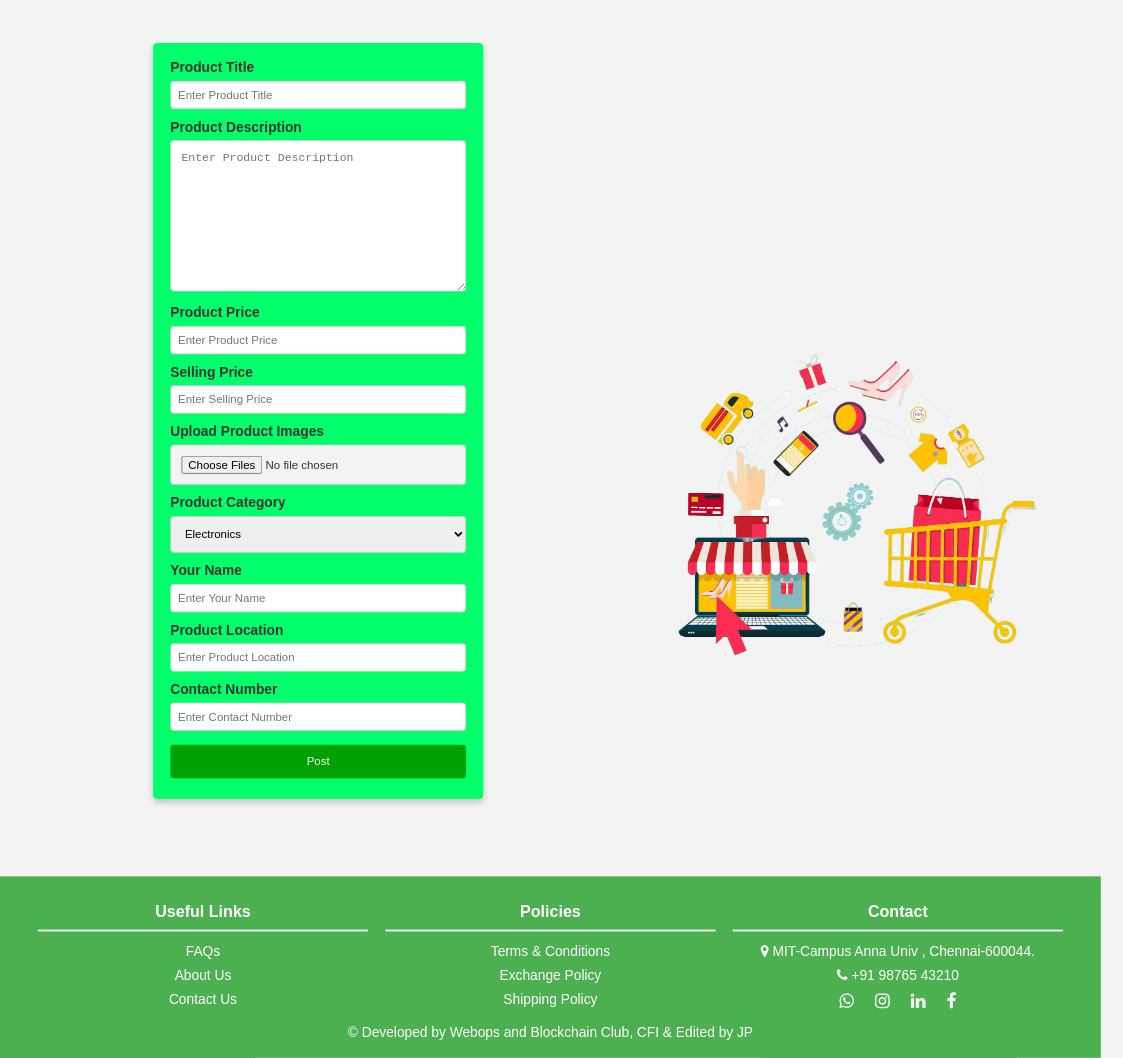
Repository: John-Prabu-A/web-dev-summer-school
Page: Session_1_Assignment/sell.html
An editor plug-in stored every save of this project. The page is shown before and after the next save, followed by the edit.
The browser window is 1280 px wide. The page is 1306 px wide, then 1280 px, then 1306 px, so the pictures cover 1306 px, including what lies to the right of the window. The pictures show the whole page, at 86% of full size.

Above is the page before, as saved 2024-06-20 15:34:24.

### Session_1_Assignment/sell.html
<!DOCTYPE html>
<html lang="en">

<head>
    <meta charset="UTF-8">
    <meta name="viewport" content="width=device-width, initial-scale=1.0">
    <title>InstiOLX</title>
    <link rel="stylesheet" href="Styles.css">
    <link rel="stylesheet" href="https://cdnjs.cloudflare.com/ajax/libs/font-awesome/4.7.0/css/font-awesome.min.css">

    <style>
        body {
            font-family: Arial, Helvetica, sans-serif;
            background-color: #f3f3f3;
        }

        img {
            display:inline-block;
            position: relative;
            padding: 16px;
            left: 10dvw;
            margin: 50px;
            width: 50dvw;
            height: auto;
        }

        .container {
            display:inline-block;
            position: relative;
            padding: 16px;
            background-color: white;
            left: 10dvw;
            margin: 50px;
            width: 30%;
            border-radius: 10px;
            box-shadow: 0 4px 8px 0 rgba(0, 0, 0, 0.2);
        }

        input[type=text],
        select,
        textarea {
            width: 100%;
            padding: 8px;
            border: 1px solid #ccc;
            border-radius: 4px;
            box-sizing: border-box;
            margin-top: 6px;
            margin-bottom: 12px;
            resize: vertical;
        }

        button {
            background-color: #00a105;
            color: white;
            padding: 12px 20px;
            margin: 4px 0;
            border: none;
            border-radius: 4px;
            cursor: pointer;
            width: 100%;
        }

        button:hover {
            background-color: #007506;
        }

        .container {
            border-radius: 5px;
            background-color: #00ff6a;
            padding: 20px;
        }

        .container label {
            font-weight: bold;
        }

        .container select {
            width: 100%;
            padding: 12px;
            border: 1px solid #ccc;
            border-radius: 4px;
            box-sizing: border-box;
            margin-top: 6px;
            margin-bottom: 12px;
            resize: vertical;
        }

        .container textarea {
            width: 100%;
            padding: 12px;
            border: 1px solid #ccc;
            border-radius: 4px;
            box-sizing: border-box;
            margin-top: 6px;
            margin-bottom: 12px;
            resize: vertical;
        }

        .container input[type=file] {
            width: 100%;
            padding: 12px;
            border: 1px solid #ccc;
            background-color: #f3f3f3;
            border-radius: 4px;
            box-sizing: border-box;
            margin-top: 6px;
            margin-bottom: 12px;
            resize: vertical;
        }
    </style>
</head>

<body>
    <form action="" class="container" method="post">
        <label for="product-title"><b>Product Title</b></label>
        <input type="text" placeholder="Enter Product Title" name="product-title" required>

        <Lable for="product-description"><b>Product Description</b></Lable>
        <textarea name="product-description" id="product-description" cols="30" rows="10"
            placeholder="Enter Product Description" required></textarea>

        <label for="product-price"><b>Product Price</b></label>
        <input type="text" placeholder="Enter Product Price" name="product-price" required>

        <label for="selling-price"><b>Selling Price</b></label>
        <input type="text" placeholder="Enter Selling Price" name="selling-price" required>

        <!-- multiple photo upload -->
        <label for="product-image"><b>Upload Product Images</b></label>
        <input type="file" name="product-image" id="product-image" multiple required>

        <label for="product-category"><b>Product Category</b></label>
        <select name="product-category" id="product-category" required>
            <option value="electronics">Electronics</option>
            <option value="furniture">Furniture</option>
            <option value="vehicles">Vehicles</option>
            <option value="clothing">Clothing</option>
            <option value="books">Books</option>
            <option value="miscellaneous">Miscellaneous</option>
            <option value="other">Other</option>
        </select>

        <label for="seller-name"><b>Your Name</b></label>
        <input type="text" placeholder="Enter Your Name" name="seller-name" required>

        <label for="product-location"><b>Product Location</b></label>
        <input type="text" placeholder="Enter Product Location" name="product-location" required>

        <label for="product-contact"><b>Contact Number</b></label>
        <input type="text" placeholder="Enter Contact Number" name="product-contact" required>

        <button type="submit">Post</button>
    </form>
    <img src="/Session_1_Assignment/sell-page-bg.png" alt="sell-page-image">
    <footer class="footer">
        <div class="footer-container">
            <div class="footer-column">
                <h3>Useful Links</h3>
                <ul>
                    <li><a href="#">FAQs</a></li>
                    <li><a href="#">About Us</a></li>
                    <li><a href="#">Contact Us</a></li>
                </ul>
            </div>
            <div class="footer-column">
                <h3>Policies</h3>
                <ul>
                    <li><a href="#">Terms & Conditions</a></li>
                    <li><a href="#">Exchange Policy</a></li>
                    <li><a href="#">Shipping Policy</a></li>
                </ul>
            </div>
            <div class="footer-column">
                <h3>Contact</h3>
                <p><i class="fa fa-map-marker"></i> MIT-Campus Anna Univ , Chennai-600044.</p>
                <p><i class="fa fa-phone"></i> +91 98765 43210</p>
                <div class="social-icons">
                    <a href="#" class="fa fa-whatsapp"></a>
                    <a href="#" class="fa fa-instagram"></a>
                    <a href="#" class="fa fa-linkedin"></a>
                    <a href="#" class="fa fa-facebook"></a>
                </div>
            </div>
            © Developed by Webops and Blockchain Club, CFI & Edited by JP
        </div>
    </footer>
</body>

</html>

### Session_1_Assignment/Styles.css
* {
    box-sizing: border-box;
    margin: 0;
    padding: 0;
}

body {
    font-family: 'Gill Sans', 'Gill Sans MT', Calibri, 'Trebuchet MS', sans-serif;
    background-color: white;
    color: #333;
}

header{
    background-color: #4CAF50;
    color: white;
    padding: 20px;
    display: flex;
    justify-content: space-between;
    align-items: center;
    position: fixed;
    width: 100%;
    z-index: 100;
  }
  header #logo {
    font-size: 2em;
  }

  header .navbar a{
    color: white;
    font-weight: bold;
    font-size: 18px;
    padding: 12px 15px;
    text-decoration: none;
  }
  header .navbar a:hover{
    background-color: #45a049;
  }
.banner {
    position: relative;
    padding: 60px 0 0 0;
}

.banner img {
    width: 100%;
}

.search-bar {
    margin: 20px;
    display: flex;
    justify-content: center;
}

.search-bar input[type="text"] {
    width: 300px;
    padding: 10px;
    border: 2px solid #4CAF50;
    border-radius: 5px 0 0 5px;
    border-right: 0;
    outline: none;             /*On starting to type it creates balck border by default,so to avoid it v use this*/
}

.search-bar button {
    padding: 10px 20px;
    border: 2px solid #4CAF50;
    border-left: 0;
    background-color: #4CAF50;
    color: white;
    cursor: pointer;
    border-radius: 0 5px 5px 0;
}

.search-bar button:hover {
    background-color: #45a049;
}

.slideshow-container {
    display: flex;
    justify-content: center;
    gap: 50px;
    flex-wrap: wrap;
}

.slideshow {
    position: relative;
    width: 350px;
    height: 350px;
    overflow: hidden;
    border-radius: 20px;
    border: 2px solid #ddd;
    box-shadow: 0 0 10px rgba(0, 0, 0, 0.1);
}

.slideshow-image {
    position: absolute;
    width: 100%;
    height: 100%;
    background-size: cover;
    opacity: 0;
    animation-iteration-count: infinite;
}

.image1 { background-image: url('https://encrypted-tbn0.gstatic.com/images?q=tbn:ANd9GcQVwGVsuaL7RGKo6A_Sqq83s5_6XYFMhHsjug&s');
          animation-name: fade1;
          animation-duration: 4s; }
.image2 { background-image: url('https://5.imimg.com/data5/WS/NI/FV/SELLER-11710265/mad-maxx-bicycles-avengers-single-kids-cycle-500x500.jpg');
          animation-name: fade2;
          animation-duration: 4s; }
.image3 { background-image: url('https://5.imimg.com/data5/SELLER/Default/2022/7/YX/MH/UK/153492086/pulsar-150cc-twin-disk-500x500.png');
          animation-name: fade3;
          animation-duration: 4s; }
.image4 { background-image: url('https://cpimg.tistatic.com/07673503/b/4/Toyota-Innova-Crysta.jpg');
          animation-name: fade1;
          animation-duration: 4s; }
.image5 { background-image: url('https://tiimg.tistatic.com/fp/1/007/862/most-advanced-modern-premium-lg-7-kg-front-fully-automatic-washing-machine-255.jpg');
          animation-name: fade2;
          animation-duration: 4s; }
.image6 { background-image: url('https://5.imimg.com/data5/SELLER/Default/2022/3/MI/KE/UL/19250422/whirlpool-1-0-ton-3-star-inverter-split-ac-500x500.jpg');
          animation-name: fade3;
          animation-duration: 4s; }
.image7 { background-image: url('https://5.imimg.com/data5/SELLER/Default/2021/8/HZ/XR/AC/8962391/household-vacuum-cleaner-500x500.jpg');
          animation-name: fade1;
          animation-duration: 4s; }
.image8 { background-image: url('https://static.nbastore.in/resized/500X500/50/nba-authentic-series-indoor-outdoor-basketball-size-7-brown-65146fd7e6af2.jpg');
          animation-name: fade2;
          animation-duration: 4s; }
.image9 { background-image: url('https://m.media-amazon.com/images/I/61KOc8c4xQL._SL1200_.jpg');
          animation-name: fade3;
          animation-duration: 4s; }

@keyframes fade1 {
    0%, 33.33% { opacity: 1; }
    33.34%, 100% { opacity: 0; }
}
@keyframes fade2 {
    0%, 33.33% { opacity: 0; }
    33.34%, 66.66% { opacity: 1; }
    66.67%, 100% { opacity: 0; }
}
@keyframes fade3 {
    0%, 66.66% { opacity: 0; }
    66.67%, 100% { opacity: 1; }
}

.container {
    position: relative;
    max-width: 100%;
  }

    .image {
        opacity: 1;
        display: block;
        width: 100%;
        height: auto;
    }

  .middle {
    opacity: 0;
    position: absolute;
    top: 50%;
    left: 50%;
    transform: translate(-50%, -50%);
    text-align: center;
  }
  .text {
    color: #4CAF50;
    font-size: 16px;
    padding: 16px 32px;
    font-weight: bold;
  }
  .container:hover .image {
    opacity: 0.3;
  }

  .container:hover .middle {
    opacity: 1;
  }


.product-listings {
    display: flex;
    flex-wrap: wrap;
    justify-content: center;
    margin: 20px;
    border: 5px solid #4CAF50;
    border-radius: 15px;
    padding: 25px;
}

.product {
    background-color: white;
    border: 2px solid #e0e0e0;
    border-radius: 10px;
    margin: 30px;
    padding: 15px;
    width: 220px;
    text-align: center;
    transition: transform 0.5s, box-shadow 0.3s;
}

.product:hover {
    box-shadow: 0 4px 8px rgba(0, 0, 0, 0.2);
    transform: scale(1.05);
}

.product img {
    max-width: 100%;
    border-bottom: 1px solid #e0e0e0;
    margin-bottom: 10px;
}

.product-info h2 {
    font-size: 1.2em;
    margin-bottom: 10px;
    color: #4CAF50;
}

.product-info p {
    font-size: 1em;
    color: #777;
}

.footer {
    background-color: #4CAF50;
    color: white;
    text-align: center;
    padding: 20px 0;
    margin-top: 40px;
}

.footer-container {
    display: flex;
    flex-wrap: wrap;
    justify-content: center;
}

.footer-column {
    width: 30%;
    margin: 10px;
}

.footer-column h3 {
    border-bottom: 2px solid #fff;
    padding-bottom: 10px;
    margin-bottom: 15px;
}

.footer-column ul {
    list-style-type: none;
}

.footer-column ul li {
    margin: 10px ;
}

.footer-column ul li a {
    color: white;
    text-decoration: none;
}

.footer-column p {
    margin-top: 10px;
}

.footer-column .social-icons {
    margin-top: 10px;
}

.footer-column .social-icons a {
    color: white;
    text-decoration: none;
    margin: 0 10px;
    font-size: 20px;
}

After the next save:
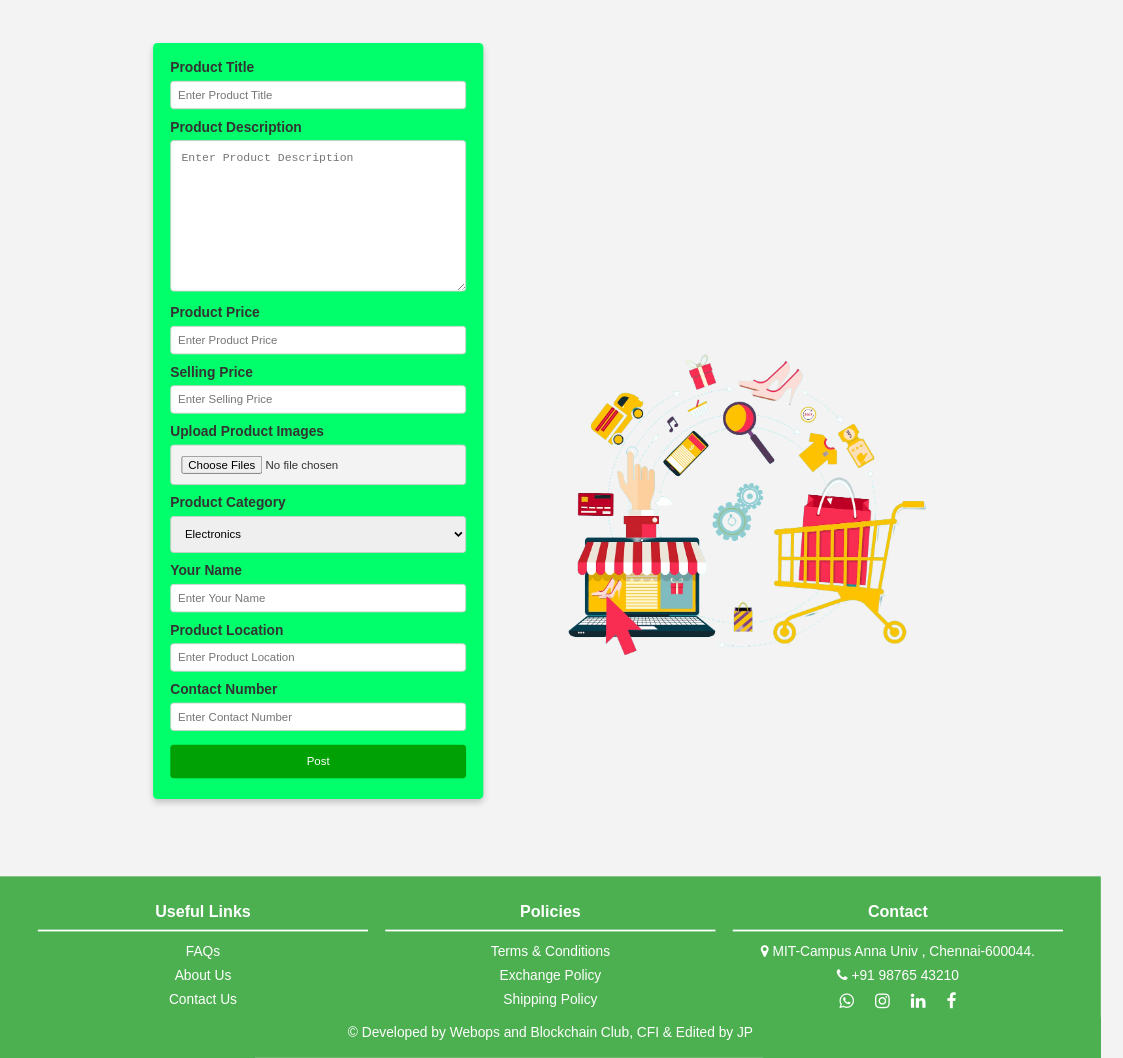
Saved 6 s later.
--- a/Session_1_Assignment/sell.html
+++ b/Session_1_Assignment/sell.html
@@ -16,7 +16,7 @@
 
         img {
             display:inline-block;
-            position: relative;
+            /* position: relative; */
             padding: 16px;
             left: 10dvw;
             margin: 50px;

After the 2 saves that followed:
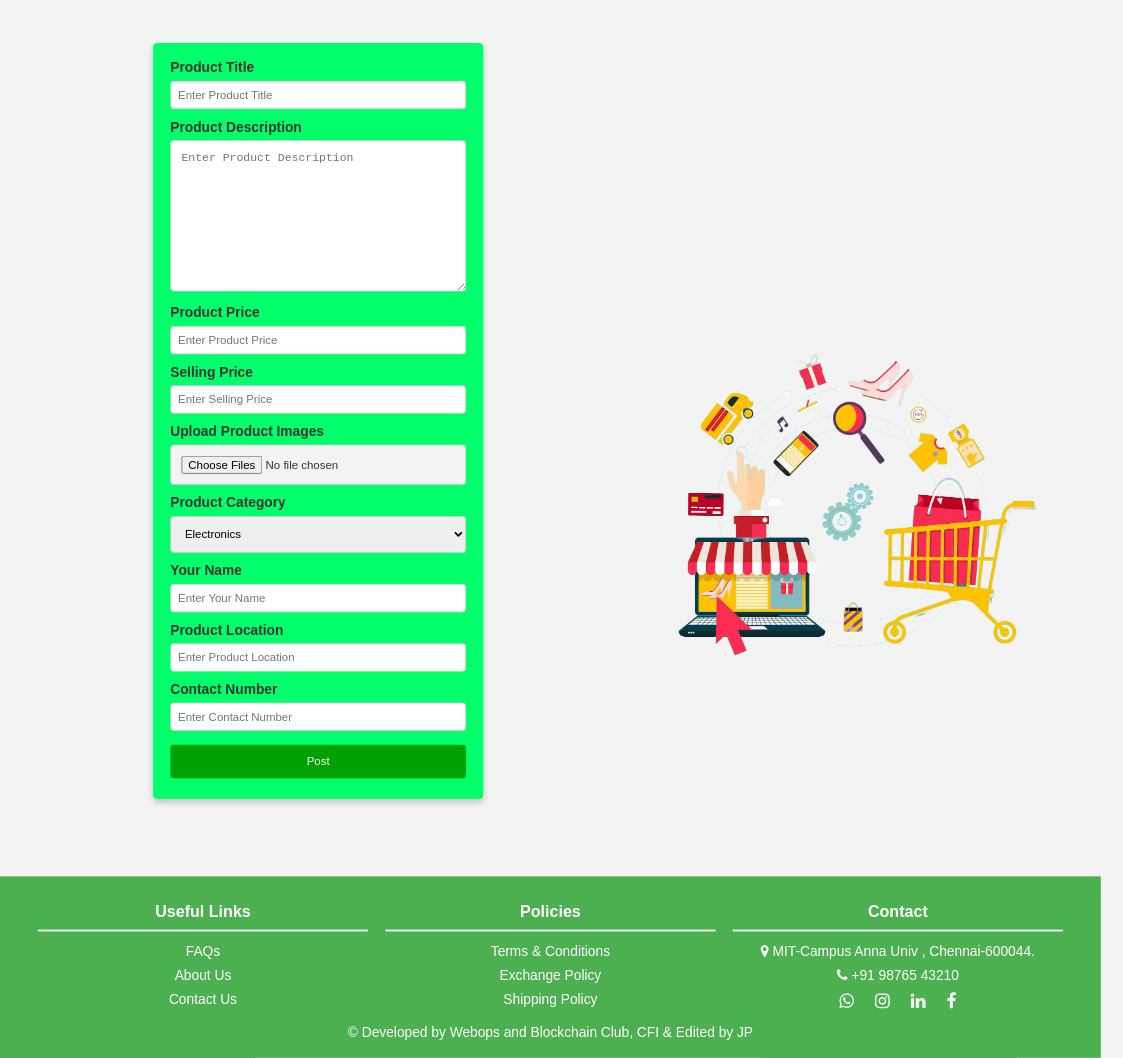
The 2 saves are shown as one change because 1 left the picture as it was.
The last was saved 20 s later.
--- a/Session_1_Assignment/sell.html
+++ b/Session_1_Assignment/sell.html
@@ -16,7 +16,7 @@
 
         img {
             display:inline-block;
-            /* position: relative; */
+            position: relative;
             padding: 16px;
             left: 10dvw;
             margin: 50px;
